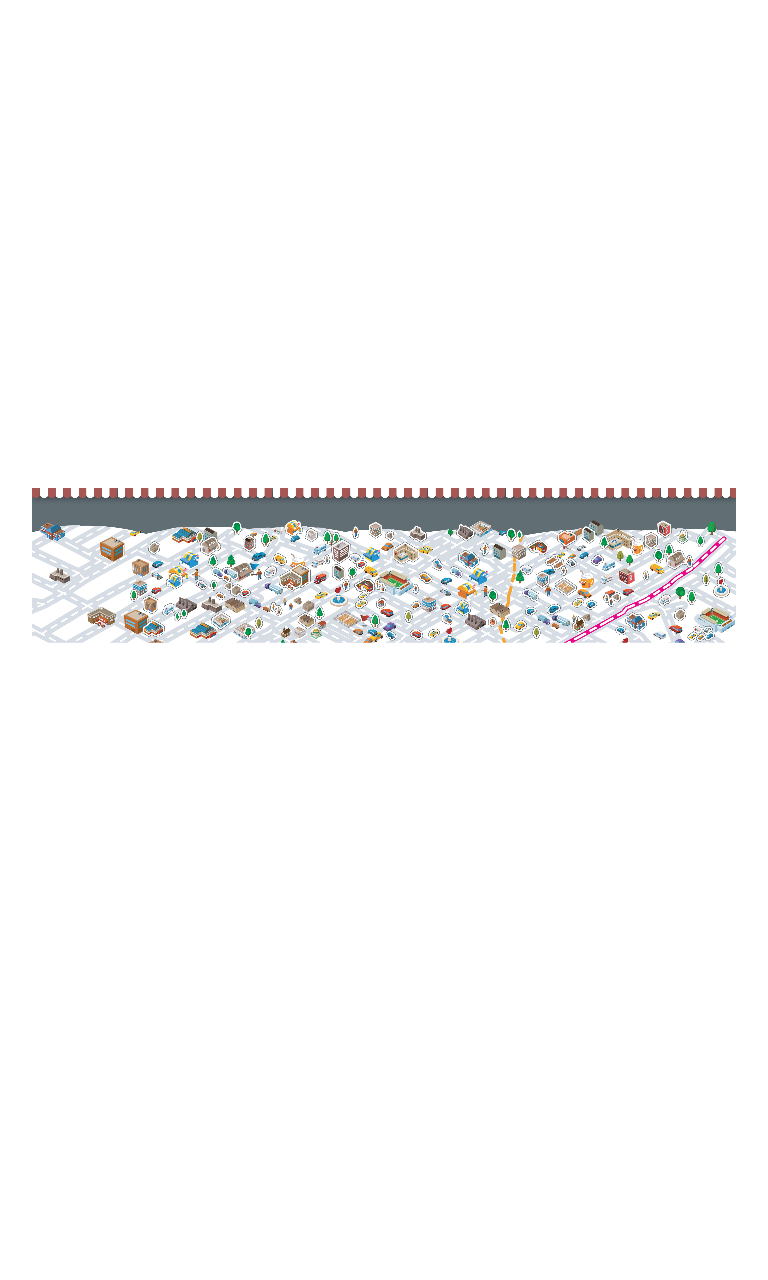
Repository: ahmeda8/playable
Layout: Playable/res/layout/activity_main.xml
These files come from the project's save history. The layout is drawn as it stood at one moment and after the next save; the edit follows.
It is drawn on a 768 x 1280 px phone screen (xhdpi) without system bars, with theme AppTheme; the app's code is not run.

Above is the layout before, as saved 2013-07-20 19:36:10.

After the next save:
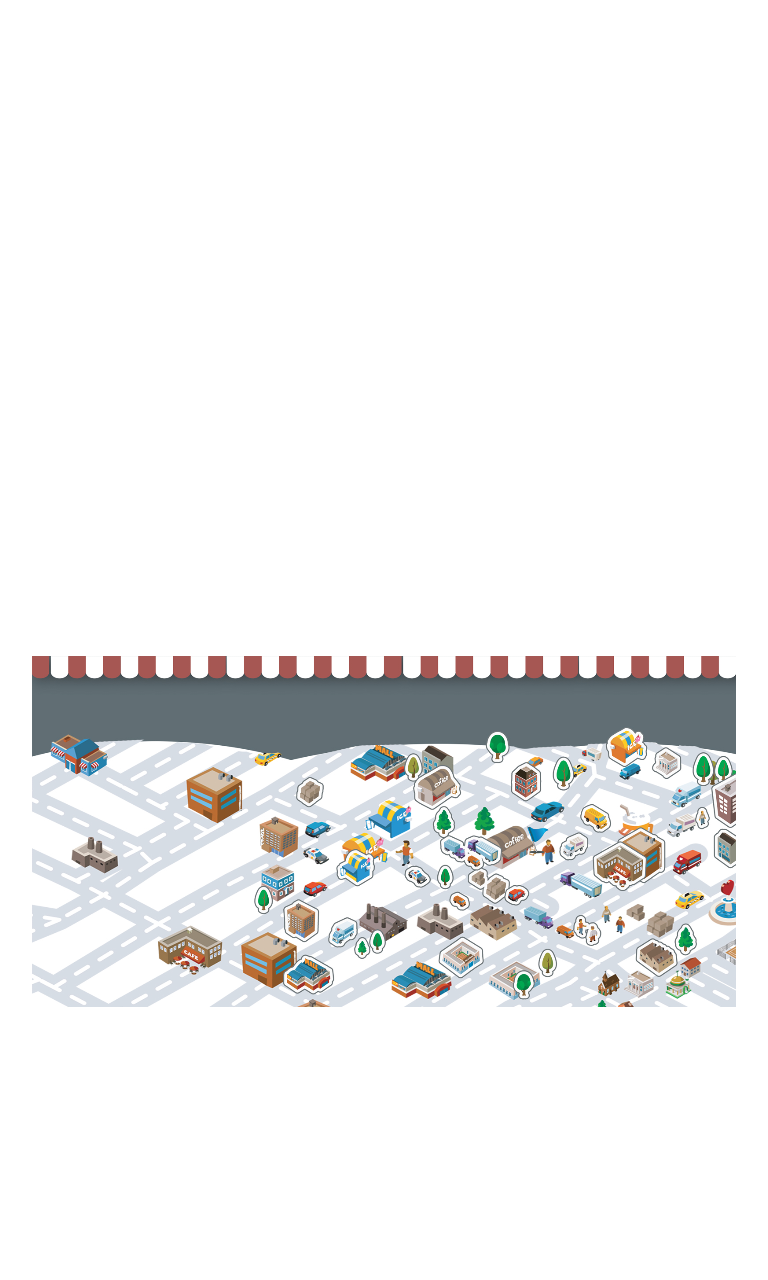
Saved 86 s later.
--- a/Playable/res/layout/activity_main.xml
+++ b/Playable/res/layout/activity_main.xml
@@ -20,8 +20,8 @@
 
         <ImageView
         android:id="@+id/imageView1"
-        android:layout_width="wrap_content"
-        android:layout_height="wrap_content"
+        android:layout_width="800dp"
+        android:layout_height="800dp"
         android:layout_below="@+id/linearLayout1"
         android:layout_centerHorizontal="true"
         android:layout_marginTop="0dp"
